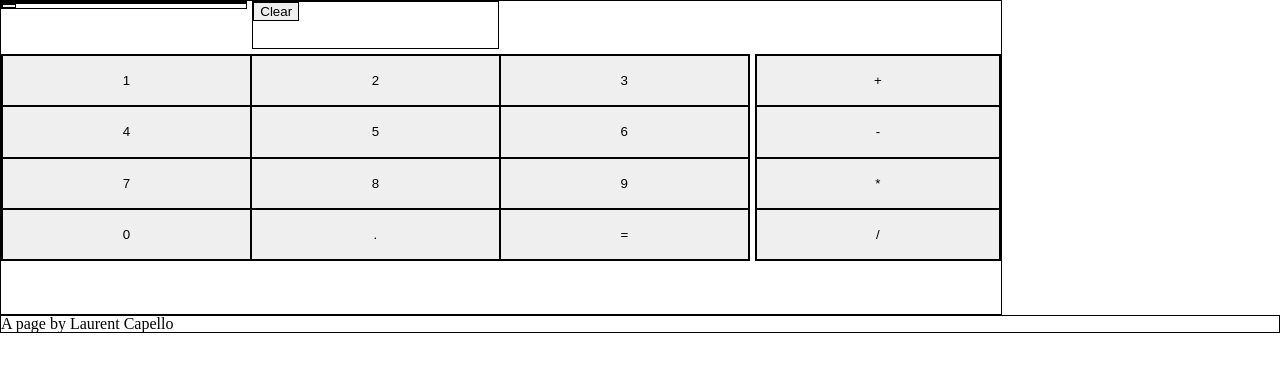
Repository: sokafootball/js-calculator
Page: index.html
An editor plug-in stored every save of this project. The page is shown before and after the next save, followed by the edit.
The browser window is 1280 px wide. The pictures show the whole page.

Above is the page before, as saved 2020-04-26 12:29:16.

After the next save:
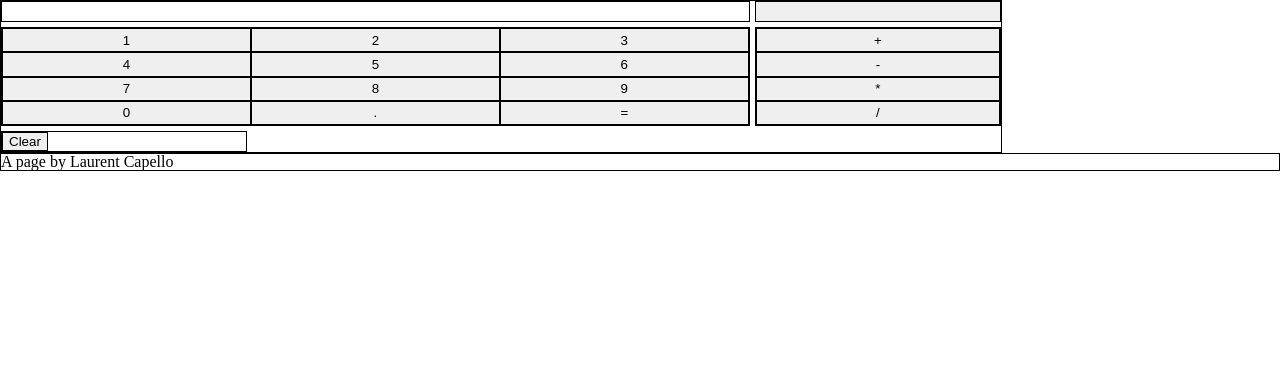
Saved 46 s later.
--- a/index.html
+++ b/index.html
@@ -7,10 +7,9 @@
 <body>
 <main id="main">
   <div id="calculator">
-    <div id="calc-top">
       <p id="display"></p>
       <button id="backspace" class="button"></button>
-    </div>
+
     <div id="numpad">
       <button class="button">1</button>
       <button class="button">2</button>
